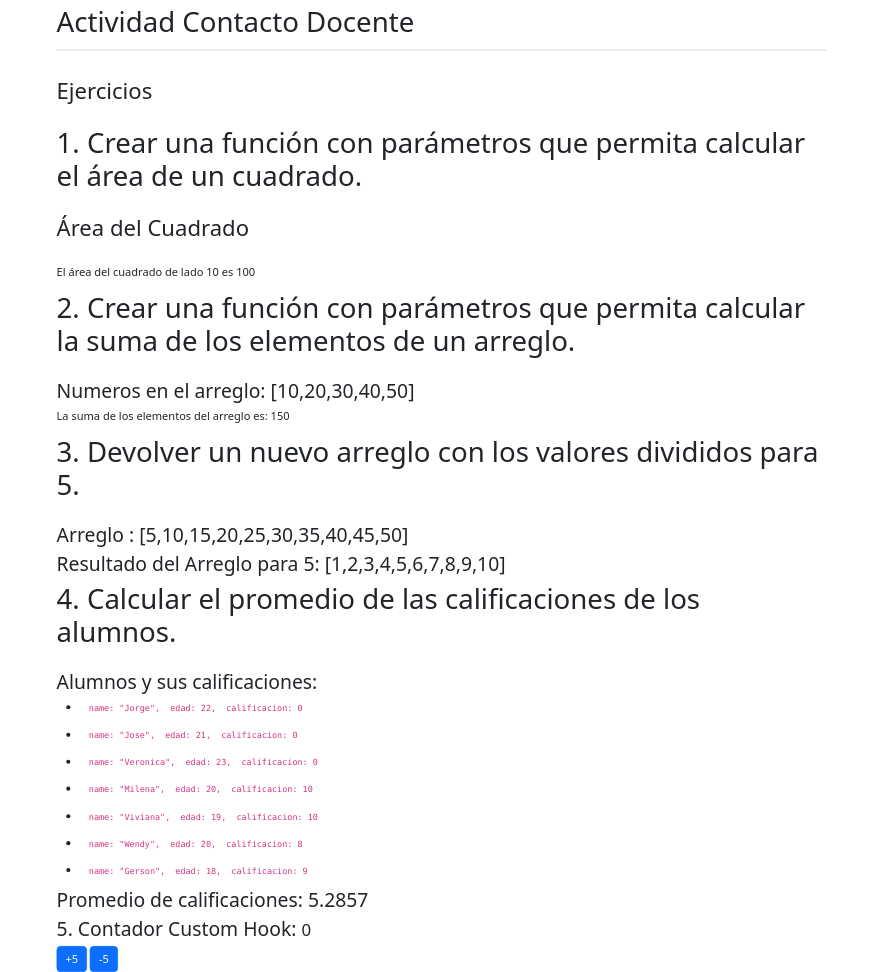
Repository: Jchimbo99/Actvidad1
Page: / (app in typescript-actividad/)
An editor plug-in stored every save of this project. The page is shown before and after a run of saves, followed by the edit.
The browser window is 1280 px wide. The pictures show the whole page, at 69% of full size.
The project was rebuilt for these pictures with package versions that can differ from the ones it lists, and the page was loaded fresh each time. Also part of the build but not shown: typescript-actividad/vite.config.ts.

Above is the page before, as saved 2025-01-24 17:57:53.

### typescript-actividad/index.html
<!doctype html>
<html lang="en">
  <head>
    <meta charset="UTF-8" />
    <link rel="icon" type="image/svg+xml" href="/vite.svg" />
    <meta name="viewport" content="width=device-width, initial-scale=1.0" />
    <link href="https://cdn.jsdelivr.net/npm/bootstrap@5.3.3/dist/css/bootstrap.min.css" rel="stylesheet" integrity="sha384-QWTKZyjpPEjISv5WaRU9OFeRpok6YctnYmDr5pNlyT2bRjXh0JMhjY6hW+ALEwIH" crossorigin="anonymous">

    <title>Activididad Jch</title>
  </head>
  <body class="container">
    <div id="root"></div>
    <script type="module" src="/src/main.tsx"></script>
  </body>
</html>

### typescript-actividad/src/App.tsx
import { ContadorCustomHook } from "./components/ContadorCustomHook";
import { AreaCuadrado } from "./typescript/AreaCuadrado";
import { SumaArreglo } from "./typescript/Arreglo";
import { ArreglosDivision } from "./typescript/ArreglosDivision";
import { PromedioCalificaciones } from "./typescript/PromedioCalificaciones";

export const App = () => {
  return (

    <div className="mt-2">
      <h1>Actividad Contacto Docente</h1>
      <hr />
      <br />
      <h2>Ejercicios</h2>
      <br />

      <AreaCuadrado/>

      <SumaArreglo/>
      <ArreglosDivision/>
      <PromedioCalificaciones/>
      <ContadorCustomHook/>
      </div>
  )
}


export default App;

### typescript-actividad/src/components/ContadorCustomHook.tsx
import { useCounter } from "../hooks/useCounter";

export const ContadorCustomHook = () => {

    //lamar custohok

    const {valor, contador}=useCounter(0);


return (
    <div>
    <h3>5. Contador Custom Hook: <small>{valor}</small>
    </h3>
    <button
        className="btn btn-primary"
        onClick={() => contador(5)}>+5
    </button>
    &nbsp;

    <button
        className="btn btn-primary"
        onClick={() => contador(-5)}>-5
    </button>
    &nbsp;
    </div>
);
};

### typescript-actividad/src/typescript/AreaCuadrado.tsx
export const AreaCuadrado = () => {
    const lado = 10;
    const area = lado * lado;

    return (
        <div>

            <h1>1.	Crear una función con parámetros que permita calcular el área de un cuadrado.</h1>
            <br />
            <h2>Área del Cuadrado</h2>
            <br />
            <p>El área del cuadrado de lado {lado} es {area}</p>

        </div>
    );
}

### typescript-actividad/src/typescript/Arreglo.tsx
export const SumaArreglo = () => {

    const numeros = [10, 20, 30, 40, 50];

    const calcularSuma = (numeros: number[]): number => {
        return numeros.reduce((total, numero) => total + numero, 0);
    }

    const totalSuma = calcularSuma(numeros);

    return (
        <div>
            <h1>2. Crear una función con parámetros que permita calcular la suma de los elementos de un arreglo.</h1>
            <br />
            <h3>Numeros en el arreglo: {JSON.stringify(numeros)}</h3>
            <p>La suma de los elementos del arreglo es: {totalSuma}</p>
        </div>
    );
}

### typescript-actividad/src/typescript/ArreglosDivision.tsx
export const ArreglosDivision = () => {
    const arreglo = [5, 10, 15, 20, 25, 30, 35, 40, 45, 50];

    const arregloDividido = arreglo.map((valor) => valor / 5);

    return (
        <div>
            <h1>3. Devolver un nuevo arreglo con los valores divididos para 5.</h1>
            <br />
            <h3>Arreglo : {JSON.stringify(arreglo)}</h3>
            <h3>Resultado del Arreglo para  5: {JSON.stringify(arregloDividido)}</h3>
        </div>
    );
}

### typescript-actividad/src/typescript/PromedioCalificaciones.tsx
interface Alumnos {
    name: string;
    edad: number;
    calificacion: number;
}

export const PromedioCalificaciones = () => {
    const alumnos: Alumnos[] = [
        {
            name: "Jorge",
            edad: 22,
            calificacion: 0,
        },
        {
            name: "Jose",
            edad: 21,
            calificacion: 0,
        },
        {
            name: "Veronica",
            edad: 23,
            calificacion: 0,
        },
        {
            name: "Milena",
            edad: 20,
            calificacion: 10,
        },
        {
            name: "Viviana",
            edad: 19,
            calificacion: 10,
        },
        {
            name: "Wendy",
            edad: 20,
            calificacion: 8,
        },
        {
            name: "Gerson",
            edad: 18,
            calificacion: 9,
        },
    ];

    // Función para calcular el promedio de las calificaciones
    const calcularPromedio = (alumnos: Alumnos[]): number => {
        const sumaCalificaciones = alumnos.reduce((total, alumno) => total + alumno.calificacion, 0);
        return sumaCalificaciones / alumnos.length;
    };

    const promedio = calcularPromedio(alumnos);

    return (
        <div>
            <h1>4. Calcular el promedio de las calificaciones de los alumnos.</h1>
            <br />
            <h3>Alumnos y sus calificaciones:</h3>
            <ul>
                {alumnos.map((alumno) => (
                    <li key={alumno.name}>
                        <code>
                            <pre>{`  name: "${alumno.name}",  edad: ${alumno.edad},  calificacion: ${alumno.calificacion}\n`}</pre>
                        </code>
                    </li>
                ))}
            </ul>
            <h3>Promedio de calificaciones: {Number(promedio.toFixed(4))}</h3>

        </div>
    );
};

### typescript-actividad/src/hooks/useCounter.tsx
import { useState } from "react";

export const useCounter = (inicial: number = 0) => {


    const [valor, setValor] = useState<number>(inicial);


    const contador = (numero: number): void => {
        setValor(valor + numero);
    }
return{
    valor,
    contador
}

}

Loaded but not shown: typescript-actividad/src/main.tsx (common file)

After the next 3 saves:
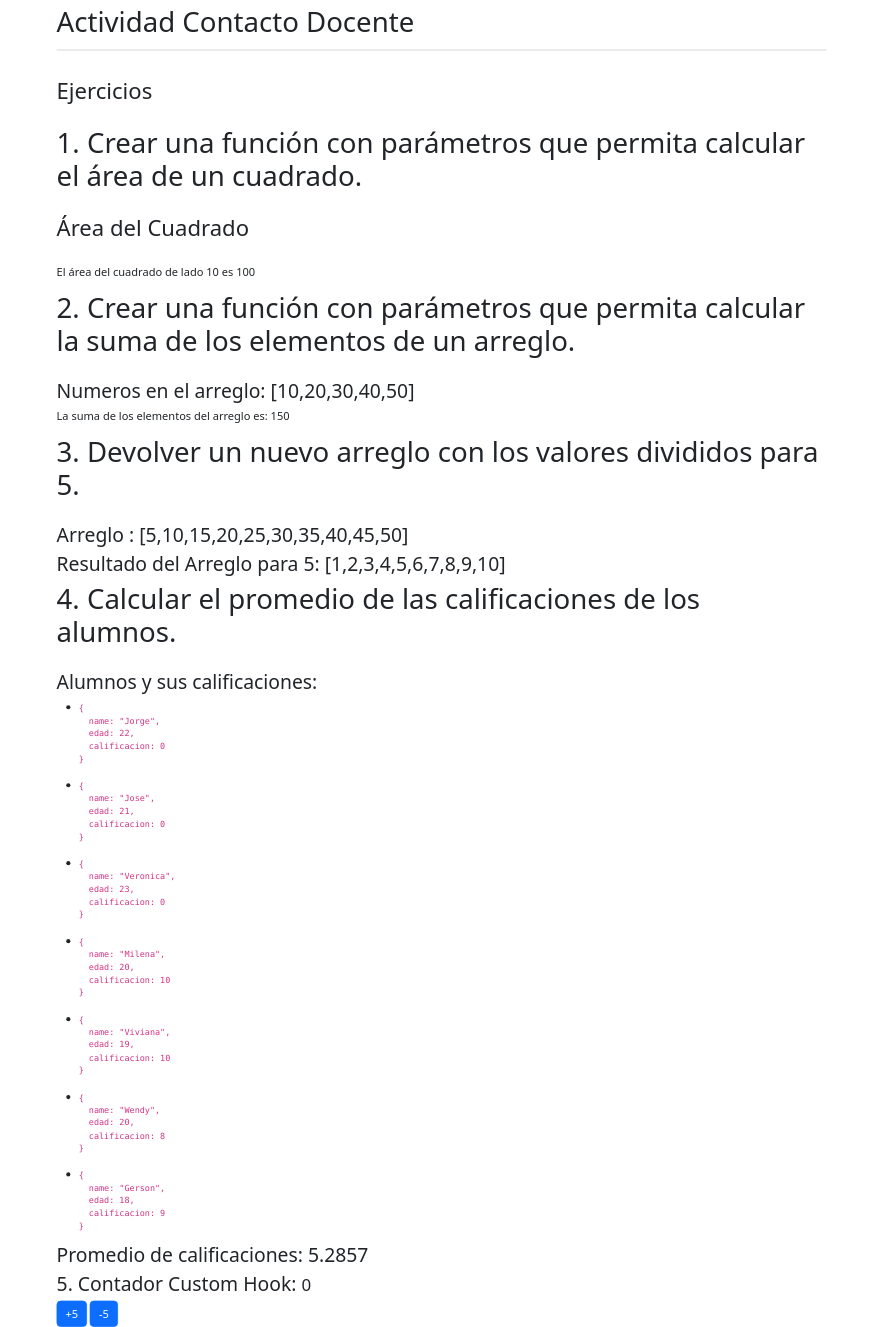
The 3 saves are shown as one change because they came seconds apart.
The last was saved 7 s later.
--- a/typescript-actividad/src/typescript/PromedioCalificaciones.tsx
+++ b/typescript-actividad/src/typescript/PromedioCalificaciones.tsx
@@ -60,7 +60,7 @@ export const PromedioCalificaciones = () => {
                 {alumnos.map((alumno) => (
                     <li key={alumno.name}>
                         <code>
-                            <pre>{`  name: "${alumno.name}",  edad: ${alumno.edad},  calificacion: ${alumno.calificacion}\n`}</pre>
+                            <pre>{`{\n  name: "${alumno.name}",\n  edad: ${alumno.edad},\n  calificacion: ${alumno.calificacion}\n}`}</pre>
                         </code>
                     </li>
                 ))}
